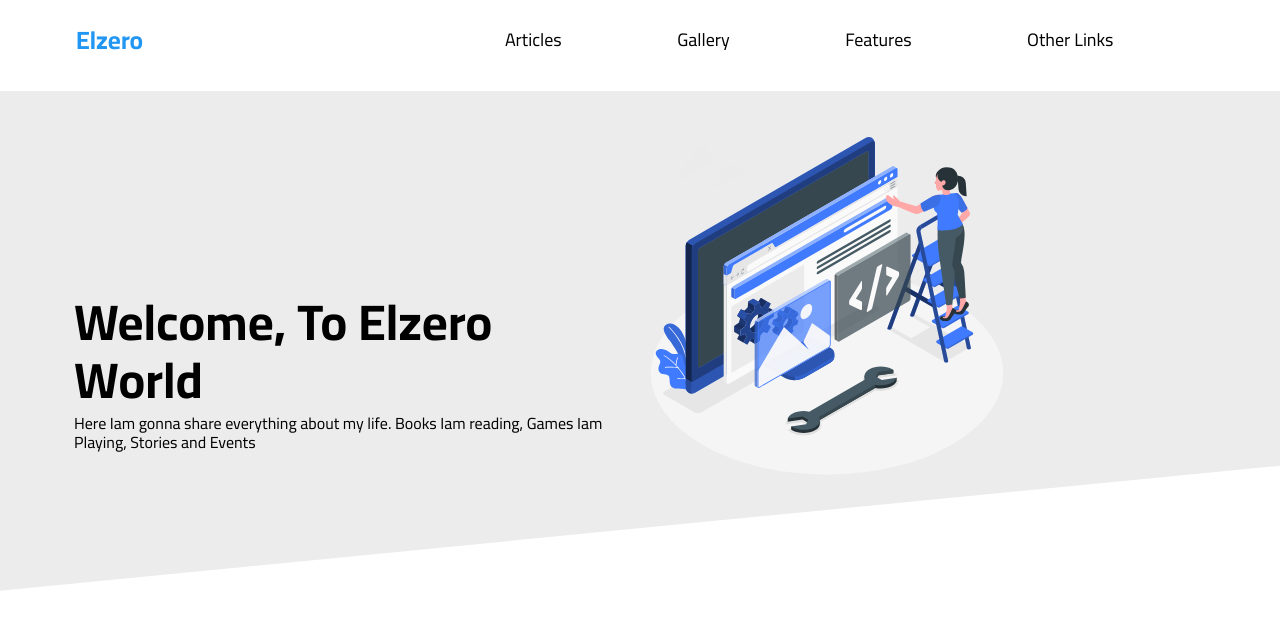
Repository: Toqa-25/elzeroAcdemey-Templete
Page: index.html
The author's editor kept a copy of each file at every save. The page is drawn from the files as they stood at one save, then again after the next save.
The browser window is 1280 px wide. The pictures show the whole page.

Above is the page before, as saved 2022-01-16 21:36:14.

### index.html
<!DOCTYPE html>
<html lang="en">
<head>
    <meta charset="UTF-8">
    <meta http-equiv="X-UA-Compatible" content="IE=edge">
    <meta name="viewport" content="width=device-width, initial-scale=1.0">
    <!-- normalize file -->
    <link rel="stylesheet" href="css/normalize.css">
    <!-- css files -->
    <link rel="stylesheet" href="css/style.css">
    <!-- fontAwosem file -->
    <link rel="stylesheet" href="css/all.min.css">
     <!-- font files -->
     <link rel="preconnect" href="https://fonts.googleapis.com">
    <link rel="preconnect" href="https://fonts.gstatic.com" crossorigin>
    <link href="https://fonts.googleapis.com/css2?family=Cairo:wght@200;400;700;800;900&display=swap" rel="stylesheet">
    <!-- page title -->
    <title>templete 3</title>
</head>
<body>
    <!-- header section -->
    <header id="" class="">
        <div class="container">
            <div class="header-content">
                <div class="header-content-logo">
                    <a href="index.html" class="logo link-none">Elzero</a>
                </div>
                <nav>
                    <ul class="nav-list unlist">
                        <li class="nav-list-item"> <a href="" class="link-none  link-style" id="articles">articles</a></li>
                        <li class="nav-list-item"> <a href="" class="link-none  link-style" id="gallery">gallery</a></li>
                        <li class="nav-list-item"> <a href="" class="link-none  link-style" id="features">features</a></li>
                        <li class="nav-list-item" id="parent-other-links"> <a href="javascript:;" class="link-none  link-style " >other links</a>
                            <div class="other-links " id="child-other-links">
           <div class="other-links-content">
            <div class="other-links-content-img">
                <img src="images/header/Video files-amico.svg" alt="">
            </div>

            <ul class="other-links-list unlist">
            <div class="other-links-list-group-one">
              <li id="" class="other-links-list-item"><a href="" class="link-none  link-style "><i class="far fa-comments"></i> testimonials</a></li>
              <li id="" class="other-links-list-item"><a href="" class="link-none  link-style "><i class="far fa-user"></i> team member</a></li>
              <li id="" class="other-links-list-item"><a href="" class="link-none  link-style"><i class="far fa-building"></i> services</a></li>
              <li id="" class="other-links-list-item"><a href="" class="link-none  link-style"><i class="far fa-check-circle"></i> our skils</a></li>
              <li id="" class="other-links-list-item"><a href="" class="link-none  link-style"><i class="far fa-clipboard"></i> how it work</a></li>
            </div>
            <div class="other-links-list-group-one">
                <li id="" class="other-links-list-item"><a href="" class="link-none  link-style"><i class="far fa-calendar-alt"></i> events</a></li>
                <li id="" class="other-links-list-item"><a href="" class="link-none  link-style"><i class="fas fa-server"></i> pricing planes</a></li>
                <li id="" class="other-links-list-item"><a href="" class="link-none  link-style"><i class="far fa-play-circle"></i> top video</a></li>
                <li id="" class="other-links-list-item"><a href="" class="link-none  link-style"><i class="fas fa-chart-bar"></i> states</a></li>
                <li id="" class="other-links-list-item"><a href="" class="link-none  link-style"><i class="fas fa-percent"></i> request a discount</a></li>
            </div>
        </ul>
       </div>
       </div>
                        </li>

                    </ul>
                </nav>
            </div>
        </div>
    </header>
    <!-- welcom section -->
    <section id="welcome" class="welcome">
        <div class="container">
            <div class="welcome-content">
                <div class="welcome-content-info">
                    <h1 class="welcome-content-info-head">welcome, to elzero world</h1>
                    <div class="welcoome-content-info-text">Here Iam gonna share everything about my life. Books Iam reading, Games Iam Playing, Stories and Events</div>
                </div>
                <div class="welcome-content-img">
                    <img src="images/welcome/Website setup-amico.svg" alt="" srcset="">
                </div>
            </div>
        </div>

    </section>


       <script src="script.js">

       </script>
</body>
</html>

### css/style.css
 /*
  - container
  -section head

 */
 /* global style */
 :root{
     /* --main-color:#45B2F8; */
     --main-color:#2196F3;
     --s-background:#ececec54;
     --f-background:#ececec;
     --p-color:#D6ECEC;
 }

 *{
     box-sizing: border-box;
     margin: 0;
     padding: 0;
 }
html , body{
    width: 100%;
    height: 100%;
    margin: 0;
    padding: 0;
    overflow: hidden;
}
 body{
     font-family: "Cairo", sans-serif;
 }
 .container{
      width: 90%;
      margin:0 auto;
      /* padding: 15px 0; */
 }
 .link-none{
     text-decoration: none;
 }
 .unlist{
     list-style: none;
 }
 .link-style{
    font-size: 18px;
    text-transform: capitalize;
 }

 /* header style */
 header{
   margin-bottom: 10px;
 }
.header-content{
    display: flex;
    justify-content: space-between;
    align-items: center;
    padding: 10px 12px ;
    margin-bottom: 10px;
}
.logo{
    font-weight: bolder;
    font-size:25px;
    color:var(--main-color)
}

nav{
    width: 70%;
}
.nav-list{
    display: flex;
    justify-content: space-evenly;
    align-items: center;
}
.nav-list-item {
    cursor: pointer;
    color:#000;
    padding: 20px  25px;
    position: relative;
    transition: background-color .2s ;
    -webkit-transition: background-color .2s ;
    -moz-transition: background-color .2s ;
    -ms-transition: background-color .2s ;
    -o-transition: background-color .2s ;
}
.nav-list-item::before{
    content: "";
    height: 3px;
    width: 0;
    background-color: var(--main-color);
    position: absolute;
    top: 0px;
    left: 0;
    transition: width .6s;
    -webkit-transition: width .6s;
    -moz-transition: width .6s;
    -ms-transition: width .6s;
    -o-transition: width .6s;
}
.nav-list-item a{
        color:#000;
}

.nav-list-item:hover  {
    background-color: var(--s-background);
}
.nav-list-item:hover  a {
    color:var(--main-color);
}
.nav-list-item:hover::before{
        width: 100%;
}
#parent-other-links{
    position: relative;
}
#parent-other-links:hover #child-other-links{
    transform:translateY(20px) ;
    -webkit-transform:translateY(20px) ;
    -moz-transform:translateY(20px) ;
    -ms-transform:translateY(20px) ;
    -o-transform:translateY(20px) ;
}
/* media query for header*/
@media (max-width:767px){
    .header-content{
        flex-direction:column ;
        padding:5px 12px;
}
.header-content-logo{
    margin-bottom: 5px;
}
nav{
    width: 80%;
}
.nav-list-item{
    padding:17px 10px;
}
.nav-list-item a{
    font-size: 15px;
}
}
                       /*************************************/
/* style for other links */
.other-links{
 /*margin-top: 10px;
 */margin: 10 auto;
 transform: translatey(1000%);
 -webkit-transform: translatey(1000%);
 -moz-transform: translatey(1000%);
 -ms-transform: translatey(1000%);
 -o-transform: translatey(1000%);
 transition: transform .5s;
 -webkit-transition: transform .5s;
 -moz-transition: transform .5s;
 -ms-transition: transform .5s;
 -o-transition: transform .5s;
}
.other-links-content{
    display: flex;
    border-bottom: 4px solid var(--main-color);
    border-top: 2px solid var(--s-background);
}
.other-links-content-img{
    margin:auto;
}
.other-links-content-img img{
    width: 100%;
}
.other-links-list{
    width:55%;
    display: flex;
    justify-content: space-between;
    padding: 10px;
    align-items: center;
}
.other-links-list-group-one{
    width:45%
}
.other-links-list-item{
    padding: 15px ;
    border-bottom: 1px solid rgba(0, 0, 0, 0.337);
    position: relative;
    cursor: pointer;

}
.other-links-list-item:last-child{
    border:none;
}
.other-links-list-item::before{
    content:"";
    position: absolute;
    top: 0;
    left: 0;
    height: 100%;
    width: 0%;
    background-color: var(--s-background);
    transition:width .5s;
    -webkit-transition:width .5s;
    -moz-transition:width .5s;
    -ms-transition:width .5s;
    -o-transition:width .5s;
}
.other-links-list-item:hover::before{
    width: 100%;
}
.other-links-list-item a{
    font-weight: bold;
    color:var(--main-color)
}
.other-links-list-item > a > i{
 margin-right: 10px;
}
.other{
    transform: translatey(20px);
    -webkit-transform: translatey(20px);
    -moz-transform: translatey(20px);
    -ms-transform: translatey(20px);
    -o-transform: translatey(20px);
}
#child-other-links{
    width:85vw;
    position: absolute;
    right: 5px;
    /* background-color: violet; */
}
@media(max-width:991px){
    #child-other-links{
     width:87vw;
    }
     .other-links-content-img{
        display: none;
    }
    .other-links-list{
        width: 100%;
    }
}
@media(max-width:767px){
    #child-other-links{
        width:100vw;
        margin-right: -166px;
    }
     .other-links-list{
        flex-direction: column;
    }
        .other-links-list-group-one{
    width:100%;
}
.other-links-list-item:last-child{
    border-bottom: 1px solid rgba(0, 0, 0, 0.337);
}
 .other-links-list-item a{
     font-size: 18px;
 }
}
/********************************************************************************************/
/* style for other welcome section */

.welcome{
    /* background-color: var(--s-background);
    clip-path: polygon(0 0, 100% 0, 100% 35%, 0 70%);
    margin-bottom: 500px; */
    /* background-color: var(--s-background);
    clip-path: polygon(0 0, 100% 0, 100% 35%, 0 70%);
    margin-bottom: 500px; */
   background-color: var(--f-background);
    clip-path: polygon(0 0, 100% 0, 100% 75%, 0 100%);
    height: 500px;
    padding: 20px 0px;
    margin-bottom: 500px;

}

.welcome-content{
    display: flex;
}
.welcome-content-info{
    width:50%;
    padding: 150px 10px;
}
.welcome-content-info-head {
    font-size: 50px;
    text-transform: capitalize;
    margin-bottom: 5px;
}
.welcome-content-img{
    width:50%
}
.welcome-content-img img{
    width:65%
}

### script.js
let otherParent = document.getElementById("parent-other-links");
let otherChild = document.getElementById("child-other-links");
otherParent.onclick = function () {
  otherChild.classList.toggle("other");
};

Loaded but not shown: css/normalize.css (library); css/all.min.css (library)

After the next save:
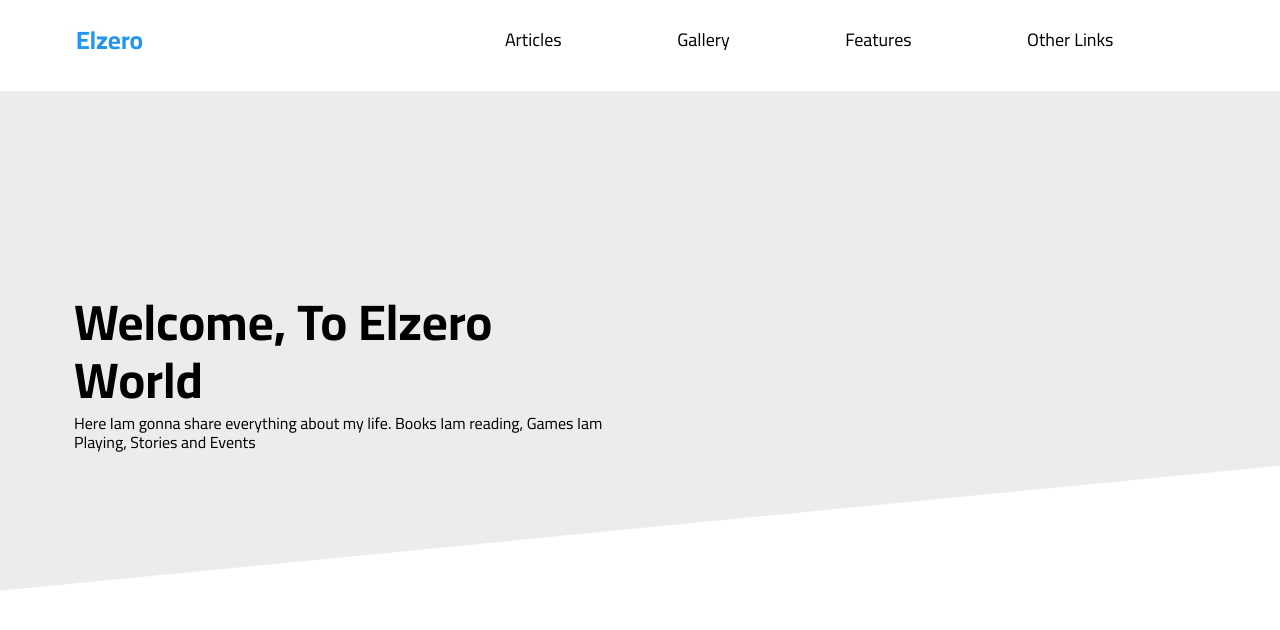
Saved 37 s later.
--- a/index.html
+++ b/index.html
@@ -68,7 +68,7 @@
             <div class="welcome-content">
                 <div class="welcome-content-info">
                     <h1 class="welcome-content-info-head">welcome, to elzero world</h1>
-                    <div class="welcoome-content-info-text">Here Iam gonna share everything about my life. Books Iam reading, Games Iam Playing, Stories and Events</div>
+                    <p class="welcoome-content-info-text">Here Iam gonna share everything about my life. Books Iam reading, Games Iam Playing, Stories and Events</div>
                 </div>
                 <div class="welcome-content-img">
                     <img src="images/welcome/Website setup-amico.svg" alt="" srcset="">

After the save that followed:
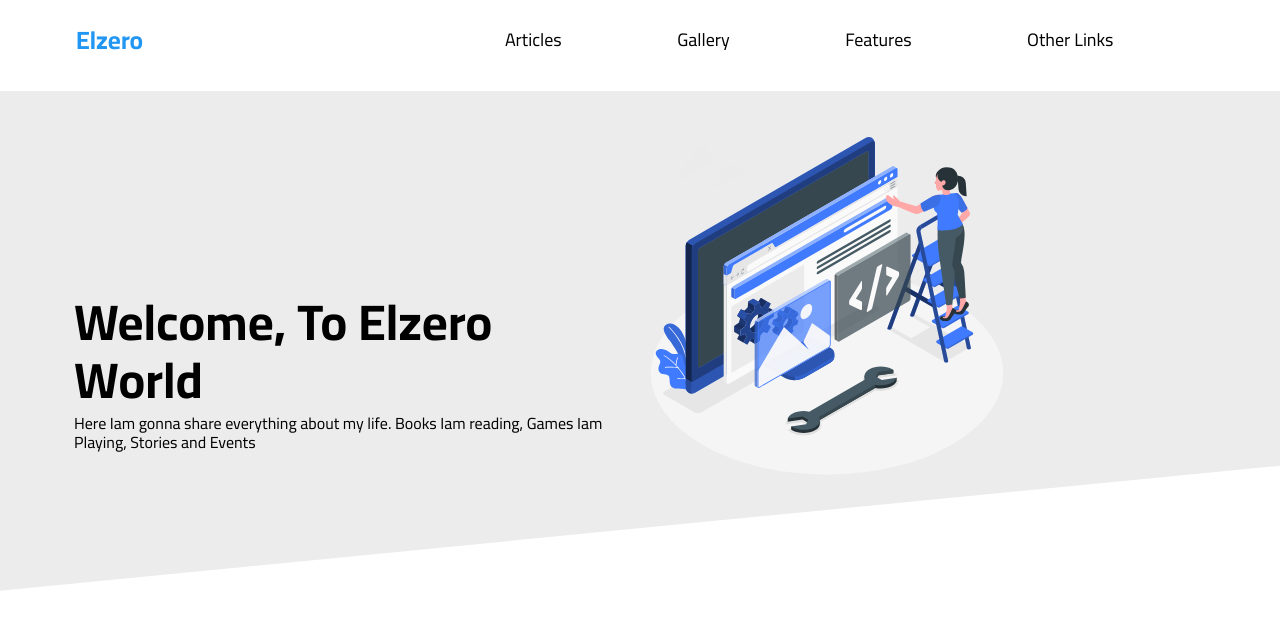
Saved 7 s later.
--- a/index.html
+++ b/index.html
@@ -68,7 +68,7 @@
             <div class="welcome-content">
                 <div class="welcome-content-info">
                     <h1 class="welcome-content-info-head">welcome, to elzero world</h1>
-                    <p class="welcoome-content-info-text">Here Iam gonna share everything about my life. Books Iam reading, Games Iam Playing, Stories and Events</div>
+                    <p class="welcoome-content-info-text">Here Iam gonna share everything about my life. Books Iam reading, Games Iam Playing, Stories and Events</p>
                 </div>
                 <div class="welcome-content-img">
                     <img src="images/welcome/Website setup-amico.svg" alt="" srcset="">
